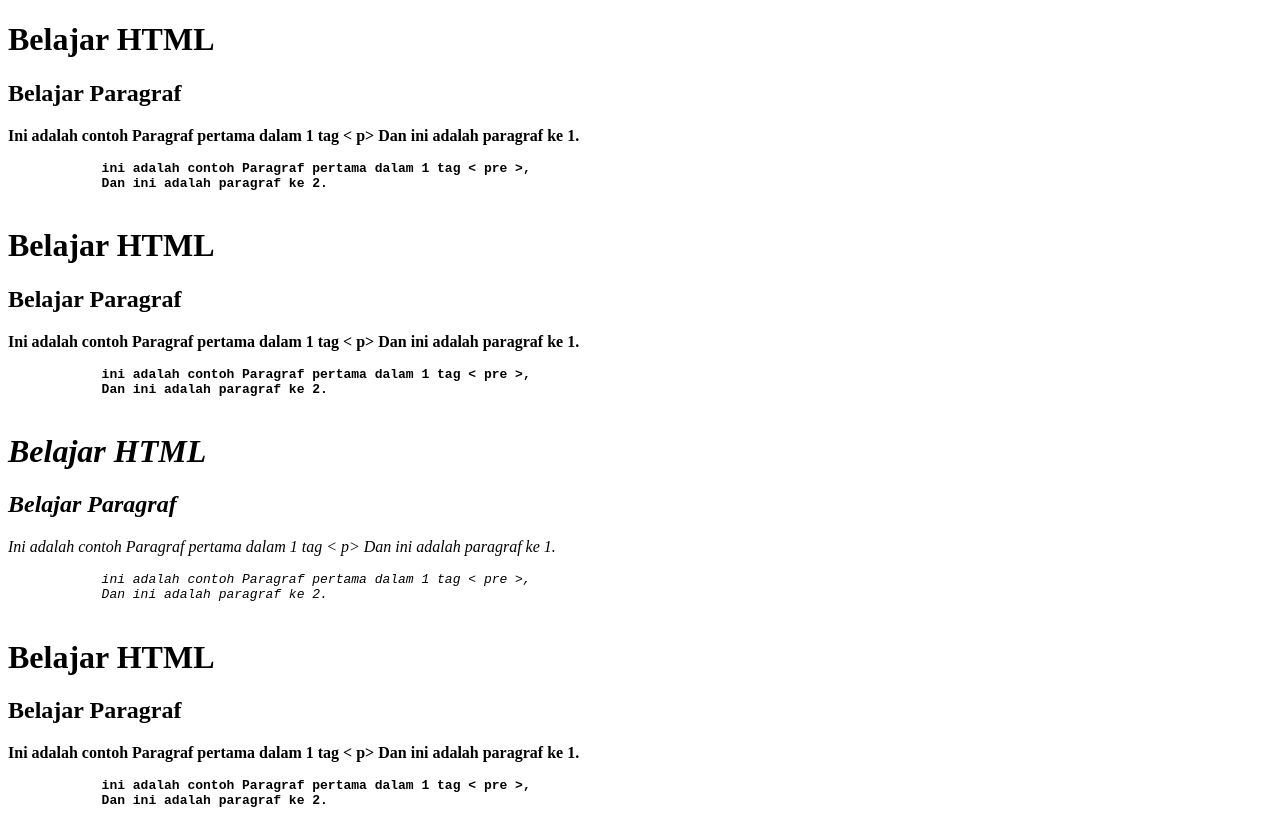
Repository: Gibekkk/WebPro
Page: Tugas HTML 1/index.html
These files come from the project's save history. The page is drawn as it stood at one moment and after a run of saves; the edit follows.
The browser window is 1280 px wide. The pictures show the whole page.

Above is the page before, as saved 2024-03-25 09:48:44.

### Tugas HTML 1/index.html
<!DOCTYPE html>
<html lang="en">

<head>
    <meta charset="UTF-8">
    <meta name="viewport" content="width=device-width, initial-scale=1.0">
    <title>Document</title>
</head>

<body>
    <b>
        <h1>Belajar HTML</h1>
        <h2>Belajar Paragraf</h2>
        <p>Ini adalah contoh Paragraf pertama dalam 1 tag
            < p> Dan ini adalah paragraf ke 1.</p>
        <pre>
            ini adalah contoh Paragraf pertama dalam 1 tag < pre >,
            Dan ini adalah paragraf ke 2.
        </pre>
    </b>
    <strong>
    <h1>Belajar HTML</h1>
    <h2>Belajar Paragraf</h2>
    <p>Ini adalah contoh Paragraf pertama dalam 1 tag
        < p> Dan ini adalah paragraf ke 1.</p>
    <pre>
            ini adalah contoh Paragraf pertama dalam 1 tag < pre >,
            Dan ini adalah paragraf ke 2.
        </pre>
    </strong>
    <i>
    <h1>Belajar HTML</h1>
    <h2>Belajar Paragraf</h2>
    <p>Ini adalah contoh Paragraf pertama dalam 1 tag
        < p> Dan ini adalah paragraf ke 1.</p>
    <pre>
            ini adalah contoh Paragraf pertama dalam 1 tag < pre >,
            Dan ini adalah paragraf ke 2.
        </pre>
    </i>
    <b>
        <h1>Belajar HTML</h1>
        <h2>Belajar Paragraf</h2>
        <p>Ini adalah contoh Paragraf pertama dalam 1 tag
            < p> Dan ini adalah paragraf ke 1.</p>
        <pre>
            ini adalah contoh Paragraf pertama dalam 1 tag < pre >,
            Dan ini adalah paragraf ke 2.
        </pre>
    </b>
</body>

</html>

After the next 5 saves:
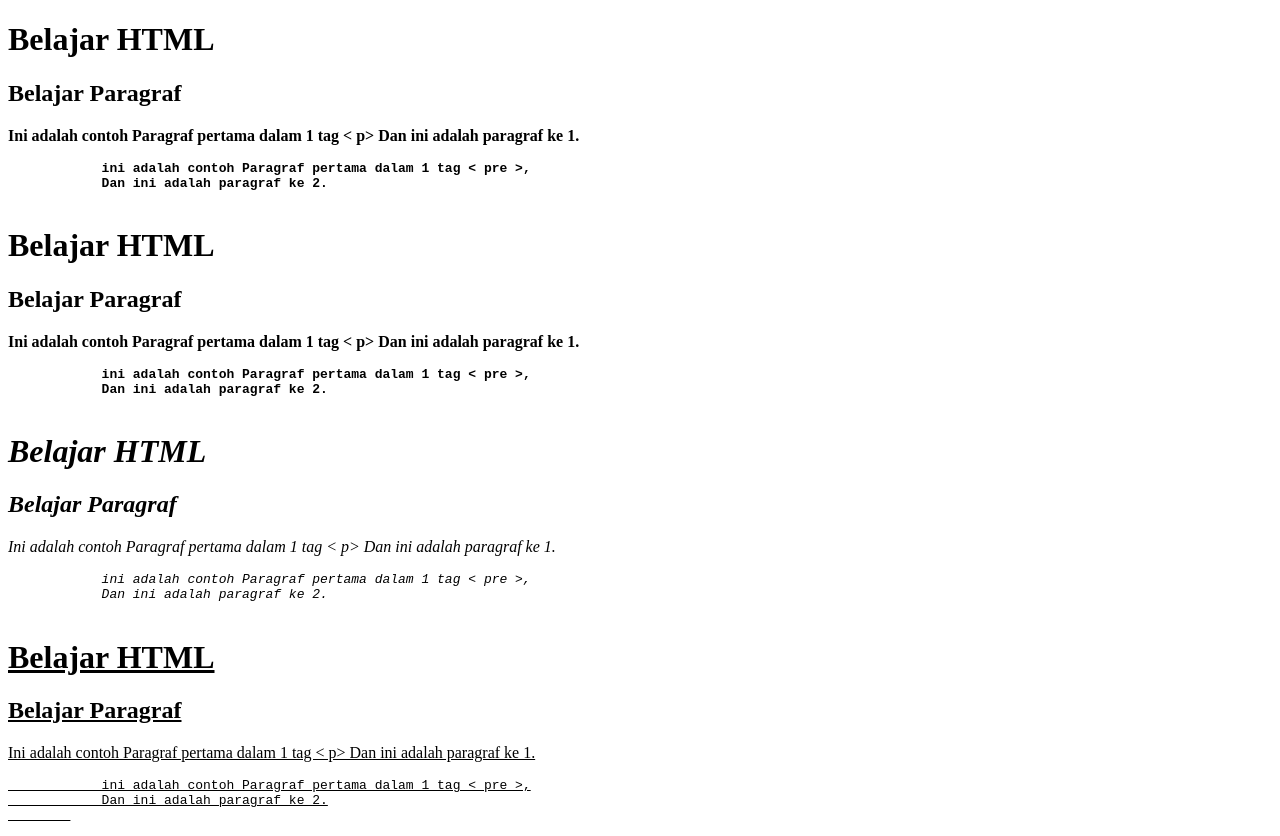
The 5 saves are shown as one change because they came seconds apart.
The last was saved 15 s later.
--- a/Tugas HTML 1/index.html
+++ b/Tugas HTML 1/index.html
@@ -38,16 +38,16 @@
             Dan ini adalah paragraf ke 2.
         </pre>
     </i>
-    <b>
-        <h1>Belajar HTML</h1>
-        <h2>Belajar Paragraf</h2>
-        <p>Ini adalah contoh Paragraf pertama dalam 1 tag
-            < p> Dan ini adalah paragraf ke 1.</p>
-        <pre>
+    <ins>
+    <h1>Belajar HTML</h1>
+    <h2>Belajar Paragraf</h2>
+    <p>Ini adalah contoh Paragraf pertama dalam 1 tag
+        < p> Dan ini adalah paragraf ke 1.</p>
+    <pre>
             ini adalah contoh Paragraf pertama dalam 1 tag < pre >,
             Dan ini adalah paragraf ke 2.
         </pre>
-    </b>
+    </ins>
 </body>
 
 </html>
